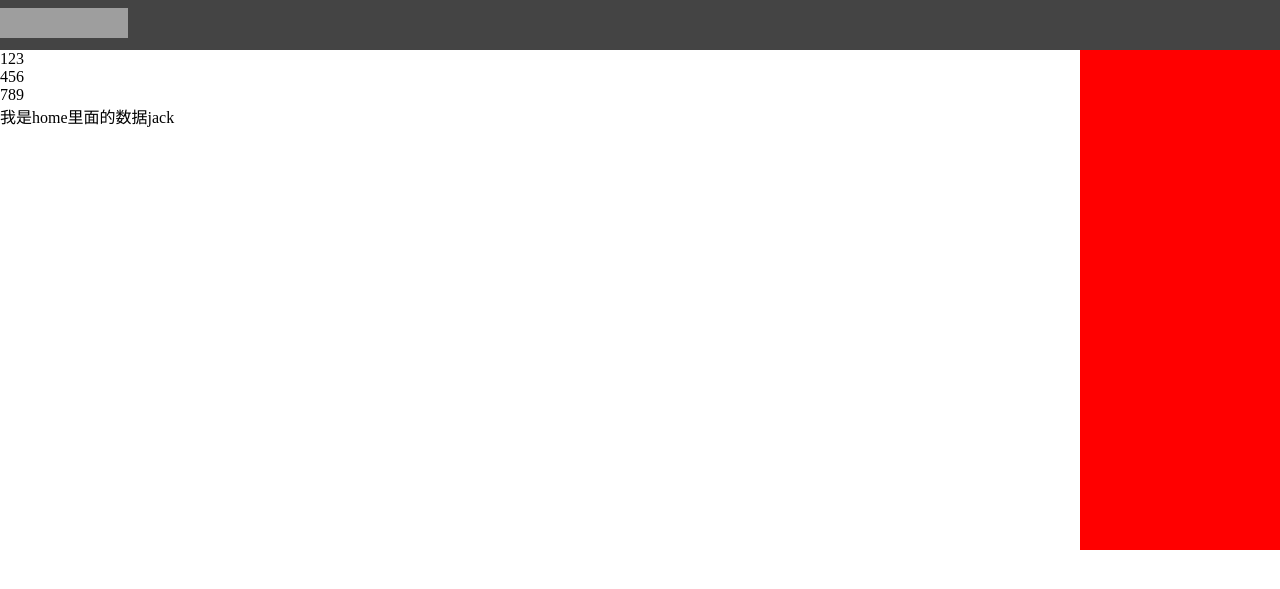
Repository: jinggegeZ/cnode
Page: /
The author's editor kept a copy of each file at every save. The page is drawn from the files as they stood at one save, then again after the next save.
The browser window is 1280 px wide. The pictures show the whole page.
Pictures or frames that could not be fetched are drawn as grey boxes. The project was rebuilt for these pictures with package versions that can differ from the ones it lists, and the page was loaded fresh each time.

Above is the page before, as saved 2020-06-05 11:39:54.

After the next save:
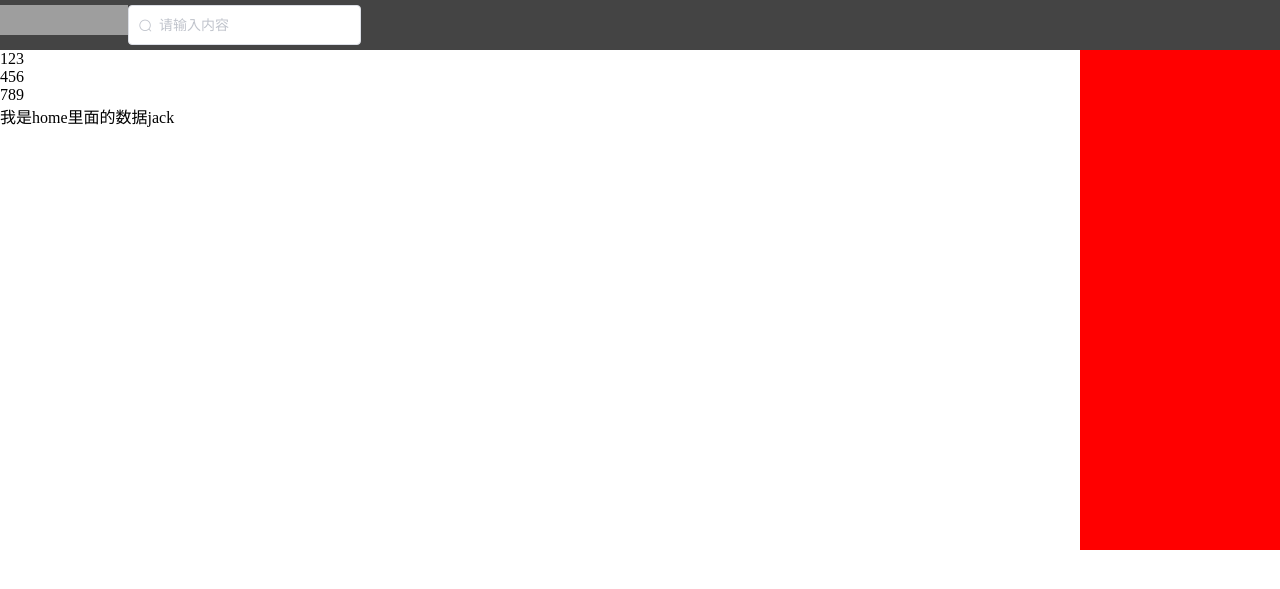
Saved 32 s later.
--- a/src/components/top/top.vue
+++ b/src/components/top/top.vue
@@ -4,7 +4,11 @@
     <div class="box">
         <div class="b-left">
             <div><img src="//static2.cnodejs.org/public/images/cnodejs_light.svg" alt="" width="128px" height="30px"></div>
-            <div class="ipt"></div>
+            <div class="ipt"><el-input
+    placeholder="请输入内容"
+    prefix-icon="el-icon-search"
+    v-model="input2">
+  </el-input></div>
         </div>
         <div></div>
     </div>
